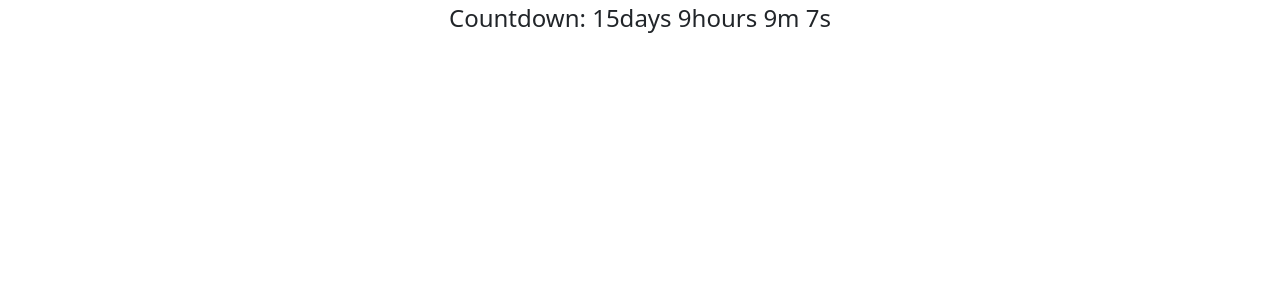
Repository: sinarinzifabrice/Events
Page: index.html
An editor plug-in stored every save of this project. The page is shown before and after a run of saves, followed by the edit.
The browser window is 1280 px wide. The pictures show the whole page.

Above is the page before, as saved 2024-05-16 09:02:16.

### index.html
<!DOCTYPE html>
<html lang="en">
<head>
  <meta charset="UTF-8">
  <meta name="viewport" content="width=device-width, initial-scale=1.0">
  <link href="https://cdn.jsdelivr.net/npm/bootstrap@5.3.3/dist/css/bootstrap.min.css" rel="stylesheet" integrity="sha384-QWTKZyjpPEjISv5WaRU9OFeRpok6YctnYmDr5pNlyT2bRjXh0JMhjY6hW+ALEwIH" crossorigin="anonymous">
  <title>Countdown Timer</title>
  <style>
    #countdown {
      font-size: 24px;
      text-align: center;
    }
  </style>
</head>
<body>

<div id="countdown"></div>



<script src="https://cdn.jsdelivr.net/npm/bootstrap@5.3.3/dist/js/bootstrap.bundle.min.js" integrity="sha384-YvpcrYf0tY3lHB60NNkmXc5s9fDVZLESaAA55NDzOxhy9GkcIdslK1eN7N6jIeHz" crossorigin="anonymous"></script>
<script>
  // Set the date we're counting down to
  var countDownDate = new Date("May 29, 2024 19:00:00").getTime();

  // Update the countdown every 1 second
  var x = setInterval(function() {

    // Get the current date and time
    var now = new Date().getTime();

    // Calculate the remaining time
    var distance = countDownDate - now;

    // Calculate days, hours, minutes and seconds
    var days = Math.floor(distance / (1000 * 60 * 60 * 24));
    var hours = Math.floor((distance % (1000 * 60 * 60 * 24)) / (1000 * 60 * 60));
    var minutes = Math.floor((distance % (1000 * 60 * 60)) / (1000 * 60));
    var seconds = Math.floor((distance % (1000 * 60)) / 1000);

    // Display the countdown
    document.getElementById("countdown").innerHTML = "Countdown: " + days + "days " + hours + "hours "
    + minutes + "m " + seconds + "s ";

    // If the countdown is over, display a message
    if (distance < 0) {
      clearInterval(x);
      document.getElementById("countdown").innerHTML = "EXPIRED";
    }
  }, 1000);
</script>

</body>
</html>

After the next 3 saves:
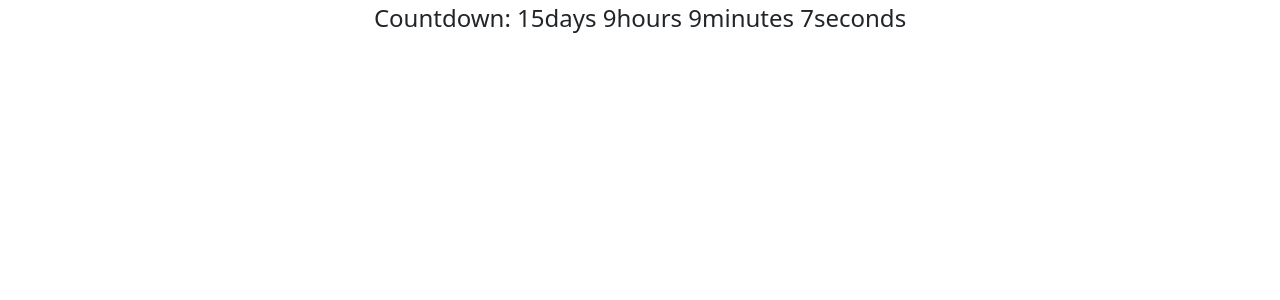
The 3 saves are shown as one change because they came seconds apart.
The last was saved 10 s later.
--- a/index.html
+++ b/index.html
@@ -40,7 +40,7 @@
 
     // Display the countdown
     document.getElementById("countdown").innerHTML = "Countdown: " + days + "days " + hours + "hours "
-    + minutes + "m " + seconds + "s ";
+    + minutes + "minutes " + seconds + "seconds ";
 
     // If the countdown is over, display a message
     if (distance < 0) {
